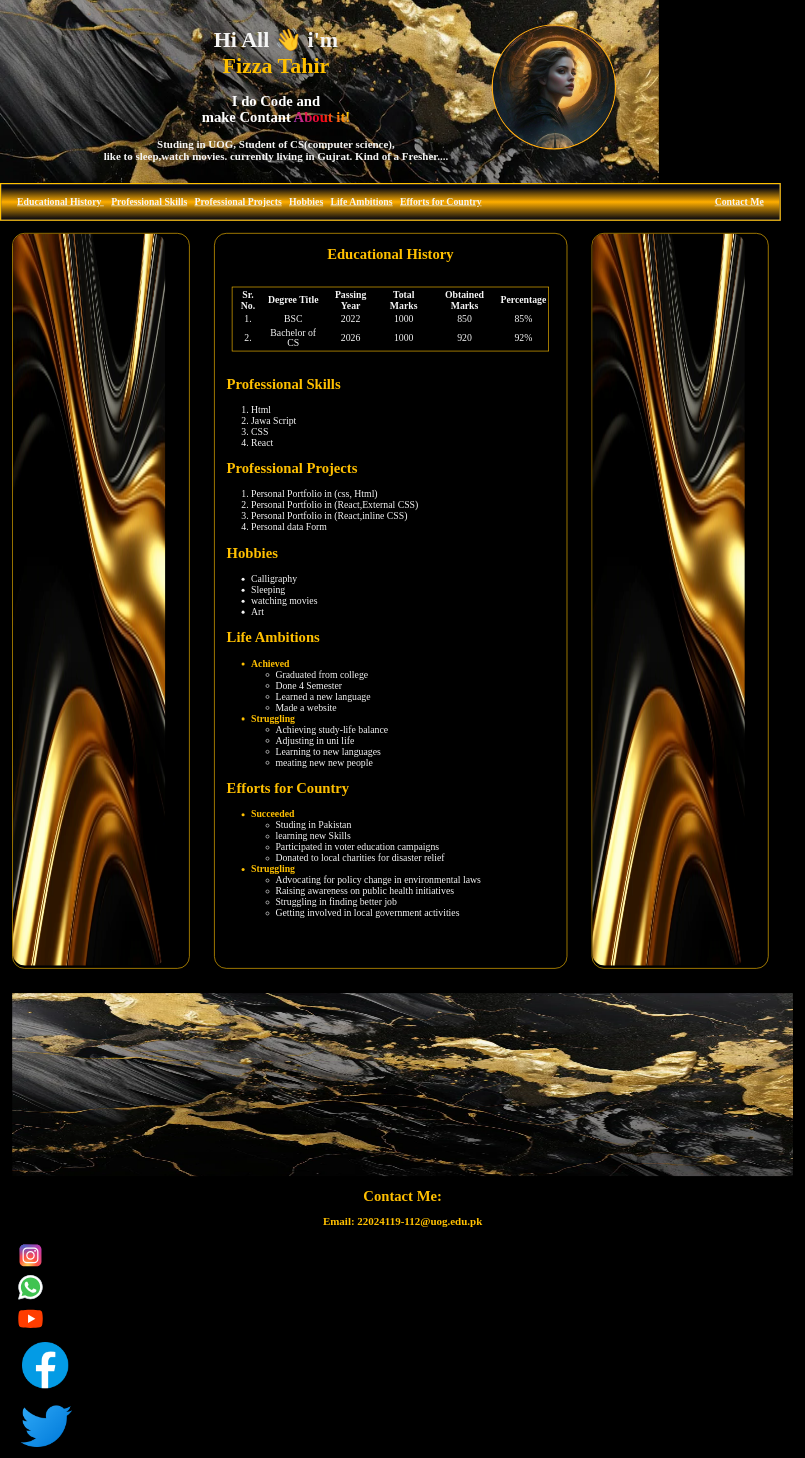
Repository: Fizza-112/project
Page: /
These files come from the project's save history. The page is drawn as it stood at one moment and after a run of saves; the edit follows.
The browser window is 1280 px wide. The page is 1320 px wide, so the pictures cover 1320 px, including what lies to the right of the window. The pictures show the whole page, at 61% of full size.
The project was rebuilt for these pictures with package versions that can differ from the ones it lists, and the page was loaded fresh each time. Also part of the build but not shown: vite.config.ts.

Above is the page before, as saved 2024-09-20 13:34:12.

### src/App.tsx

import "./App.css"

import instaimg from "./components/icons8-insta.svg"
import whatsappimg from "./components/icons8-whatsapp.svg"
import youtubeimg from "./components/icons8-youtube.svg"
import facebookimg from "./components/facebook icon.png"
import twitterimg from "./components/twitter.png"
import marbelimg from "./components/marbel.webp"
import profimg from "./assets/WhatsApp Image 2024-09-20 at 8.07.10 AM.jpeg"
import sidedivimg from "./assets/sidediv.webp"

const App = () => {
  return (
    <>
    <header>
    <div className="header-container">
      {/* Base image */}
      <img
        className="base-image"
         src={marbelimg}
        alt="Profile"
      />

      {/* Content inside the header */}
      <div className="header-content">
        <h1 className="header-text"><b>Hi All 👋 i'm <br/><span className="nam"> Fizza Tahir</span> </b></h1>
        <div> <h2 className="contant">I do Code and<br/> make Contant <span className="span">About it!</span> </h2></div>
        <p className="sub-text">Studing in UOG, Student of CS(computer science),<br/>
        like to sleep,watch movies. currently living in Gujrat. Kind of a Fresher....</p>
      </div>

      {/* Another image (e.g., profile or other image) on the right side */}
      <img
        className="side-image"
         src={profimg}
        alt="Profile on Right"
      />
    </div>

  </header>


    <nav id="nav">
      <div>
  <a href='#EducationalHistory'>Educational History </a>
  <a href='#ProfessionalSkills'>Professional Skills</a>
  <a href="#ProfessionalProjects">Professional Projects</a>
  <a href="#Hobbies">Hobbies</a>
  <a href="#life-ambitions">Life Ambitions</a>
  <a href="#efforts-for-country">Efforts for Country</a>
  </div>
  <div>
  <a href="#Contact-Me">Contact Me</a>
  </div>
</nav>

<div className="div">
<div id="blank-div">
  <img className="leftdiv"src={sidedivimg} alt="img" />
</div>

<div id='main-contant'>

  <div id="EducationalHistory">

    <h2 className='nam'>Educational History</h2>
        <table>
            <thead >
                <tr>
                    <th>Sr. No.</th>
                    <th>Degree Title</th>
                    <th>Passing Year</th>
                    <th>Total Marks</th>
                    <th>Obtained Marks</th>
                    <th>Percentage</th>
                </tr>
            </thead>
            <tbody>
                <tr>
                    <td>1.</td>
                    <td>BSC</td>
                    <td>2022</td>
                    <td>1000</td>
                    <td>850</td>
                    <td>85%</td>
                </tr>
                <tr>
                    <td>2.</td>
                    <td>Bachelor of CS</td>
                    <td>2026</td>
                    <td>1000</td>
                    <td>920</td>
                    <td>92%</td>
                </tr>
            </tbody>
        </table>

  </div>

  <div id="ProfessionalSkills">
<h2 className='nam'>Professional Skills</h2>
<ol>
<li>Html</li>
<li>Jawa Script</li>
<li>CSS</li>
<li>React</li>
</ol>
   </div>

  <div id="ProfessionalProjects">
<h2 className='nam'>Professional Projects</h2>
<ol>
<li>Personal Portfolio in (css, Html)</li>
<li>Personal Portfolio in (React,External CSS)</li>
<li>Personal Portfolio in (React,inline CSS)</li>
<li>Personal data Form</li>
</ol>
   </div>

  <div id="Hobbies">
<h2 className='nam'>Hobbies</h2>
<ul>
<li>Calligraphy</li>
<li>Sleeping</li>
<li>watching movies</li>
<li>Art</li>
</ul>
   </div>

   <div id="life-ambitions">
    <h2 className='nam'>Life Ambitions</h2>
    <ul>
      <li className='nam'><b >Achieved</b></li>
      <ul>
        <li>Graduated from college</li>
        <li>Done 4 Semester </li>
        <li>Learned a new language</li>
        <li>Made a website </li>
      </ul>
      <li className='nam'><b >Struggling</b></li>
      <ul>
        <li>Achieving study-life balance</li>
        <li>Adjusting in uni life</li>
        <li>Learning to new languages</li>
        <li>meating new new people</li>
      </ul>
    </ul>
    </div>

    <div id="efforts-for-country">
    <h2 className='nam'>Efforts for Country</h2>
    <ul>
      <li className='nam'><b >Succeeded</b></li>
      <ul>
        <li>Studing in Pakistan</li>
        <li>learning new Skills</li>
        <li>Participated in voter education campaigns</li>
        <li>Donated to local charities for disaster relief</li>
      </ul>
      <li className='nam'><b >Struggling</b></li>
      <ul>
        <li>Advocating for policy change in environmental laws</li>
        <li>Raising awareness on public health initiatives</li>
        <li>Struggling in finding better job</li>
        <li>Getting involved in local government activities</li>
      </ul>
    </ul>
  </div>

  </div>
  <div id="end">
  <img className="rightdiv"src={sidedivimg} alt="img" />
  </div>
  </div>

<div id="Contact-Me">
  <footer>
  <div className="footer-container">
      {/* Base image for footer */}
      <img
       className="footer-image"
       src={marbelimg}
      alt="Profile"
      />

      {/* Footer content (heading and icons) */}
      <div className="footer-content">
        <h2 className="footer-heading">Contact Me:</h2>
        <h3 className="footer-email">Email: 22024119-112@uog.edu.pk</h3>

        {/* Social media icons */}
        <div className="social-icons">
        <a href="https://www.instagram.com/" target='_blank'><img src={instaimg} alt='icon' className='icons'></img></a>
  <a href="https://web.whatsapp.com/" target='_blank'><img src={whatsappimg} alt='icon' className='icons'></img></a>
  <a href="https://www.youtube.com/" target='_blank'><img src={youtubeimg} alt='icon' className='icons'></img></a>
  <a href="https://www.facebook.com/login/?next=https%3A%2F%2Fwww.facebook.com%2F" target='_blank'><img src={facebookimg} alt='icon' className='icons'></img></a>
  <a href="https://twitter.com/i/flow/login" target='_blank'><img src={twitterimg} alt='icon' className='icons'></img></a>

        </div>
      </div>
    </div>
    </footer>
  </div>
    </>
  )
}

export default App

### src/App.css
body{
  margin: 0px;
  padding: 0px;

  /* background-color:bisque;
  background-image: linear-gradient(19deg, bisque 0%, #989fff 100%);
   */
   /* background-color:bisque;
background-image: linear-gradient(62deg, bisque 0%, #945cfd 100%); */
/* background-color: #001886;
background-image: linear-gradient(43deg, #001886 0%, #05060f 46%, #001886  100%); */
background-color:black;



}
.header-container{
  display: flex;
  align-items: center;
  justify-content: center;
  width: 200%;
  height: 300px;
  /* color:aliceblue;
  background-color: #0c0c0c;
background-image: linear-gradient(43deg, gold 0%,#161516 46%, black 100%); */
position: relative;
max-width: 1080px;

}

.base-image{
  width: 200%;
  height: 300px;
 background-size:contain;
 object-fit: cover;
}
.header-content {
  position: absolute;
  top: 20px; /* Adjust padding from top */
  left: 20px; /* Adjust padding from left */
  color: white;

}
@media (max-width: 768px){
header{
  display: flex;
  align-items: center;
  justify-content: center;
  width: 100%;
  color:aliceblue;
  background-color: #001886;
  background-image: linear-gradient(180deg, #05060f 10%,#001886   50%, #05060f 100%);
/* background-image: linear-gradient(43deg, #001886 0%, #05060f 46%, #001886  100%);  */
max-width: 768px;
padding-left: 10px;
}
}

.header-text{
  /*
  /* color:#880808;
  color:#ffc000; */
 color: whitesmoke;
 text-align: center;
  font-size: 36px;
  font-weight: bold;
  margin-left: 150px;

}
.sub-text{
  color:whitesmoke;
  text-align: center;
  font-weight: 700;
  text-align: center !important;
  font-size: 18px;
  margin-left: 150px;
}
.contant{
  text-align: center;
  margin-left: 150px;
}
.span{

  background: -webkit-linear-gradient(43deg, #a241d0 0%, #f90118 46%, #fff500 100%);
  -webkit-background-clip: text;
  -webkit-text-fill-color: transparent;
}

.side-image{
  width: 200px;
  border-radius: 50%;
  margin-top: 20px;
  border:2px solid rgb(253, 171, 19);
  position: absolute;
  top: 20px;              /*  match header's top */
  right: 20px;             /* Position it on the right side */

  object-fit: cover; /* Maintain aspect ratio */
  display:block;
 margin-right: 50px;

}
.side-image:hover{
  border: 3px solid gold;
}
#nav{
  display: flex;
  align-items:center;
  justify-content: space-between;
   padding: 20px;
   background-color:  #001886;
   background-image: linear-gradient(180deg, #05060f 10%, rgb(255, 174, 0)   50%, #05060f 100%);
   /* background-image: linear-gradient(180deg, #001886 10%, #05060f 50%, #001886  100%); */
   /* background-color: #001886;
   background-image: linear-gradient(43deg, #001886 0%, #05060f 46%, #001886  100%);  */
  border: 2px solid #ffc000;
}
@media (max-width: 768px){
#nav{
  max-width: 798px;

  display: flex;
  align-items:center;
  justify-content: space-between;
   padding: 20px;
   background-color:  #001886;
   background-image: linear-gradient(180deg, #05060f 10%,#001886   50%, #05060f 100%);
   /* background-image: linear-gradient(180deg, #001886 10%, #05060f 50%, #001886  100%); */
   /* background-color: #001886;
   background-image: linear-gradient(43deg, #001886 0%, #05060f 46%, #001886  100%);  */
  border: 2px solid #ffc000;

}
}
.div{
  display: flex;


}
#blank-div{
width: 25%;
border: 1px solid #ffc000 ;
                    /*    left box contant border */
margin: 20px;
border-radius:20px;

}
.leftdiv{
  width:250px;
  height:1200px;
  border-radius:20px;
}
#main-contant{
  width: 50%;
  border: 1px solid #ffc000;      /*center contant border*/
  margin: 20px;
border-radius:20px;
}
#end{
  width: 25%;
  border: 1px solid #ffc000;     /*right contant border*/

  margin: 20px;
  border-radius:20px;

}
a{
  color: whitesmoke;
  margin: 6px;
  font-weight: 800;
}


table{
  border: 1px solid #ffc000;       /*table border*/
  justify-content:center;
  align-items:center;
  text-align: center;
 width: 90%;
  margin: 20px;
}
@media (max-width: 768px){
table{
  max-width: 768px;
  border: 1px solid #ffc000;       /*table border*/
  justify-content:center;
  align-items:center;
  text-align: center;
 width: 90%;
  margin: 20px;
}
}
#EducationalHistory{
  color:whitesmoke;
  width:100%;
  display:flex;
  flex-direction: column;
  justify-content: center;
  align-items:center;
}
#ProfessionalSkills{
  margin-left: 20px;
  color:whitesmoke;
}
#ProfessionalProjects{
  margin-left: 20px;
  color:whitesmoke;
}
#Hobbies{
  margin-left: 20px;
  color:whitesmoke;
}
#life-ambitions{
  margin-left: 20px;
  color:whitesmoke;
}
#efforts-for-country{
  margin-left: 20px;
  color:whitesmoke;
}
@media (max-width:768px){
#efforts-for-country{
  max-width: 768px;
  color:whitesmoke;
}
}
.nam{
  color:#ffc000;
}

.footer-container{
  text-align: center;
  /* background-color:  #001886;
background-image: linear-gradient(180deg, #05060f 10%,#001886   50%, #05060f 100%);
/*  */
  /* background-color: #001886;
  background-image: linear-gradient(43deg, #001886 0%, #05060f 46%, #001886  100%);  */
  color:whitesmoke;
  margin: 20px, 0px 0px, 0px;
  padding:20px;
  height: 150px;
  position: relative;
  width: 100%;
  margin-left: 0px;

}

.footer-image{
  width: 100%;
  height: 150px;
  margin-left: 0px;
  height: 300px;
  display: block;
}

.footer-heading{
font-size: 24px;
  font-weight: bold;
  margin-bottom: 10px;
 color:#ffc000;

}
.footer-email{
  color:#ffc000;
  font-size: 18px;
  margin-bottom: 20px;
}



#logo{
  display: flex;
  justify-content: center;
  align-items:center;
}
.social-icons{
  width: 35px;
  height: auto;
}
#icons:hover{

  background: linear-gradient( #0f2027, #203a43,#2c5364);
}
.rightdiv{
  width:250px;
  height:1200px;
  border-radius:20px;
}

Loaded but not shown: index.html (common file); src/main.tsx (common file); src/index.css (no stored copy; drawn as an empty file)

After the next 2 saves:
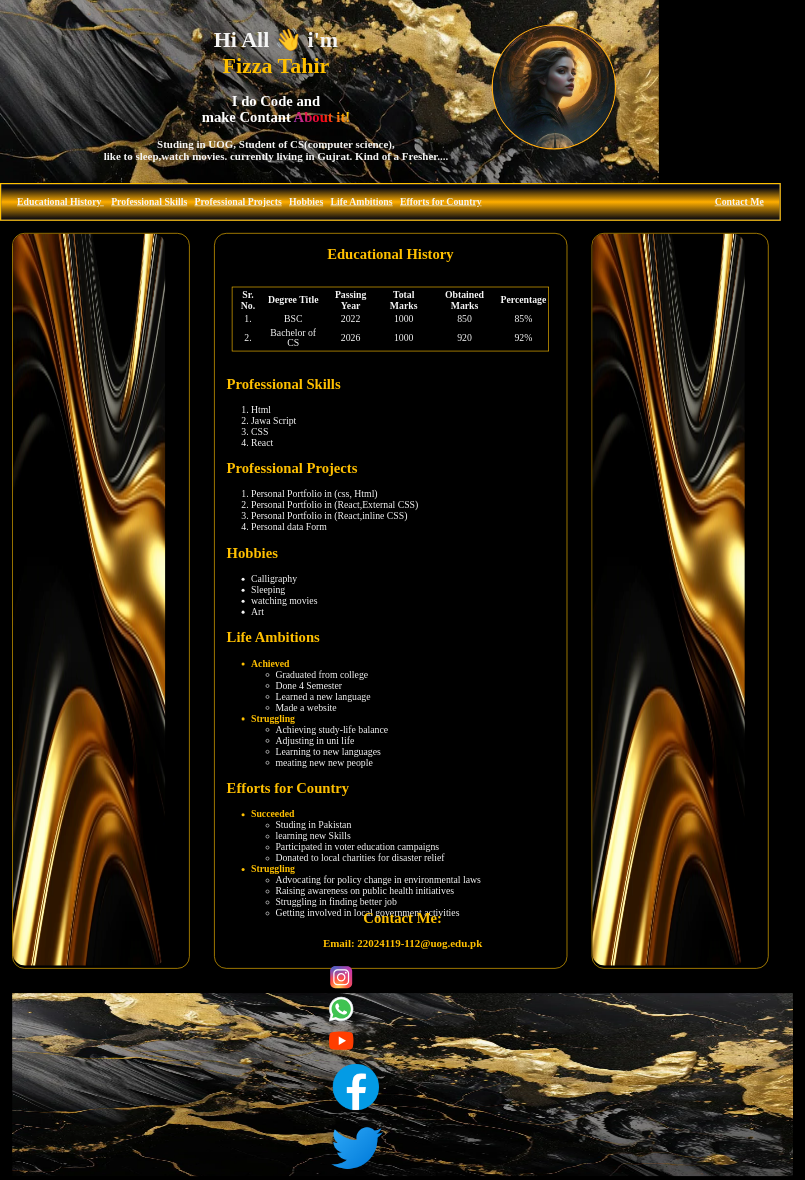
The 2 saves are shown as one change because they came seconds apart.
The last was saved 106 s later.
--- a/src/App.css
+++ b/src/App.css
@@ -252,6 +252,13 @@ background-image: linear-gradient(180deg, #05060f 10%,#001886   50%, #05060f 100
   height: 300px;
   display: block;
 }
+.footer-content {
+  position: absolute;
+  top: 50%;
+  left: 50%;
+  transform: translate(-50%, -50%);
+  color: white; /* White text for good contrast */
+}
 
 .footer-heading{
 font-size: 24px;
